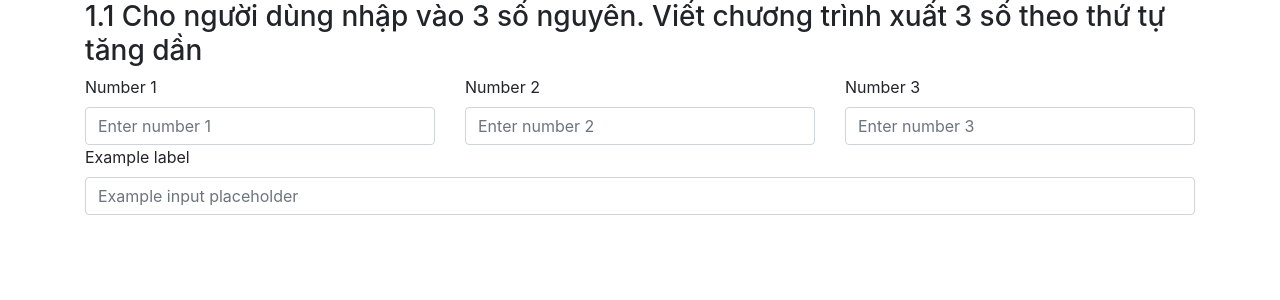
Repository: baobaodeveloper/bootscamp21__jsbasic__HuynhAnhBao
Page: index.html
The author's editor kept a copy of each file at every save. The page is drawn from the files as they stood at one save, then again after the next save.
The browser window is 1280 px wide. The pictures show the whole page.

Above is the page before, as saved 2022-03-09 23:05:02.

### index.html
<!DOCTYPE html>
<html lang="en">
  <head>
    <title>javaScript basic</title>
    <!-- Required meta tags -->
    <meta charset="utf-8" />
    <meta
      name="viewport"
      content="width=device-width, initial-scale=1, shrink-to-fit=no"
    />

    <!-- Bootstrap CSS -->
    <link
      rel="stylesheet"
      href="https://stackpath.bootstrapcdn.com/bootstrap/4.3.1/css/bootstrap.min.css"
      integrity="sha384-ggOyR0iXCbMQv3Xipma34MD+dH/1fQ784/j6cY/iJTQUOhcWr7x9JvoRxT2MZw1T"
      crossorigin="anonymous"
    />
  </head>
  <body>
    <div class="container">
      <h3>
        1.1 Cho người dùng nhập vào 3 số nguyên. Viết chương trình xuất 3 số
        theo thứ tự tăng dần
      </h3>

      <div class="row">
        <div class="col">
          <label class="form-label">Number 1</label>
          <input
            type="number"
            class="form-control"
            placeholder="Enter number 1"
          />
        </div>
        <div class="col">
          <label class="form-label">Number 2</label>
          <input
            type="number"
            class="form-control"
            placeholder="Enter number 2"
          />
        </div>
        <div class="col">
          <label class="form-label">Number 3</label>
          <input
            type="number"
            class="form-control"
            placeholder="Enter number 3"
          />
        </div>
      </div>

      <div class="mb-3">
        <label for="formGroupExampleInput" class="form-label"
          >Example label</label
        >
        <input
          type="text"
          class="form-control"
          id="formGroupExampleInput"
          placeholder="Example input placeholder"
        />
      </div>
    </div>
    <!-- Optional JavaScript -->
    <!-- jQuery first, then Popper.js, then Bootstrap JS -->
    <script
      src="https://code.jquery.com/jquery-3.3.1.slim.min.js"
      integrity="sha384-q8i/X+965DzO0rT7abK41JStQIAqVgRVzpbzo5smXKp4YfRvH+8abtTE1Pi6jizo"
      crossorigin="anonymous"
    ></script>
    <script
      src="https://cdnjs.cloudflare.com/ajax/libs/popper.js/1.14.7/umd/popper.min.js"
      integrity="sha384-UO2eT0CpHqdSJQ6hJty5KVphtPhzWj9WO1clHTMGa3JDZwrnQq4sF86dIHNDz0W1"
      crossorigin="anonymous"
    ></script>
    <script
      src="https://stackpath.bootstrapcdn.com/bootstrap/4.3.1/js/bootstrap.min.js"
      integrity="sha384-JjSmVgyd0p3pXB1rRibZUAYoIIy6OrQ6VrjIEaFf/nJGzIxFDsf4x0xIM+B07jRM"
      crossorigin="anonymous"
    ></script>
  </body>
</html>

After the next save:
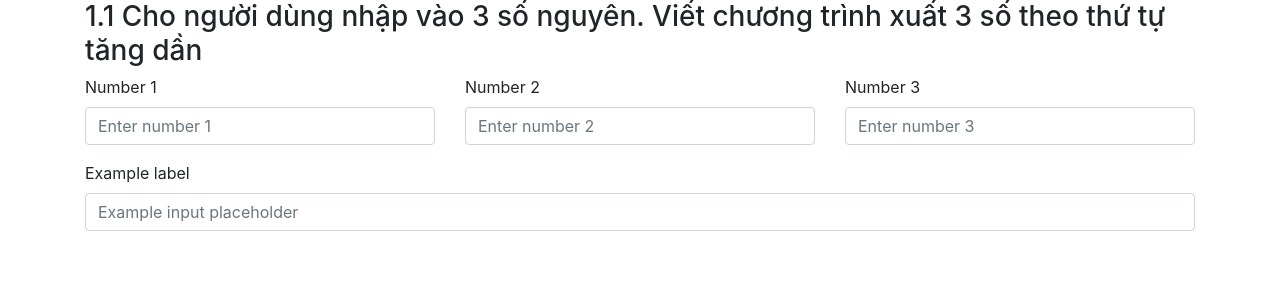
Saved 10 s later.
--- a/index.html
+++ b/index.html
@@ -51,7 +51,7 @@
         </div>
       </div>
 
-      <div class="mb-3">
+      <div class="mt-3">
         <label for="formGroupExampleInput" class="form-label"
           >Example label</label
         >
